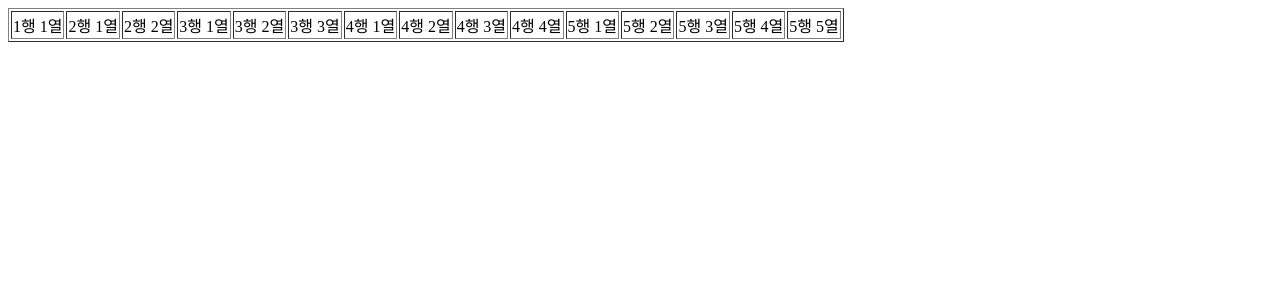
Repository: zoselakt/My_practice_JSP
Page: http://localhost/day02/script_task.jsp
These files come from the project's save history. The page is drawn as it stood at one moment and after a run of saves; the edit follows.
The browser window is 1280 px wide. The pictures show the whole page.
The page is served by Tomcat 9.

Above is the page before, as saved 2022-02-26 11:58:06.

After the next 2 saves:
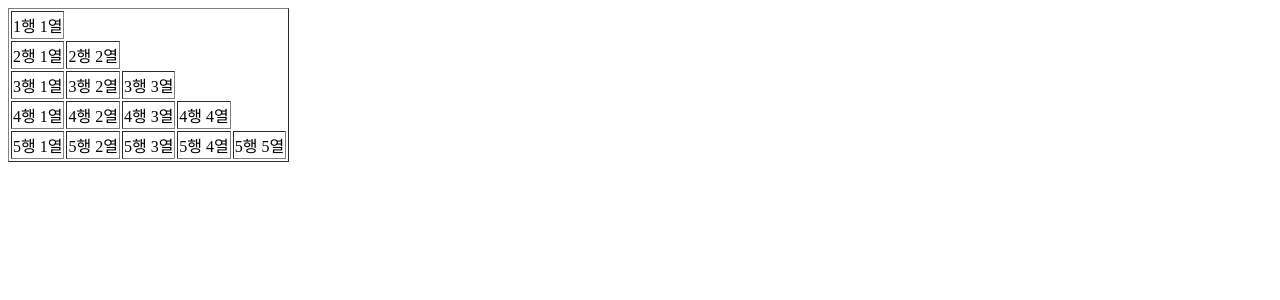
The 2 saves are shown as one change because they came seconds apart.
The last was saved 13 s later.
--- a/day02/WebContent/script_task.jsp
+++ b/day02/WebContent/script_task.jsp
@@ -22,6 +22,7 @@
 			<% for(int j=4-i; j<5; j++) { %>
 				<td><%=i+1 %>행 <%=i+2-(5-j)%>열</td>
 			<%} %>
+		</tr>
 		<%} %>
 	</table>
 
